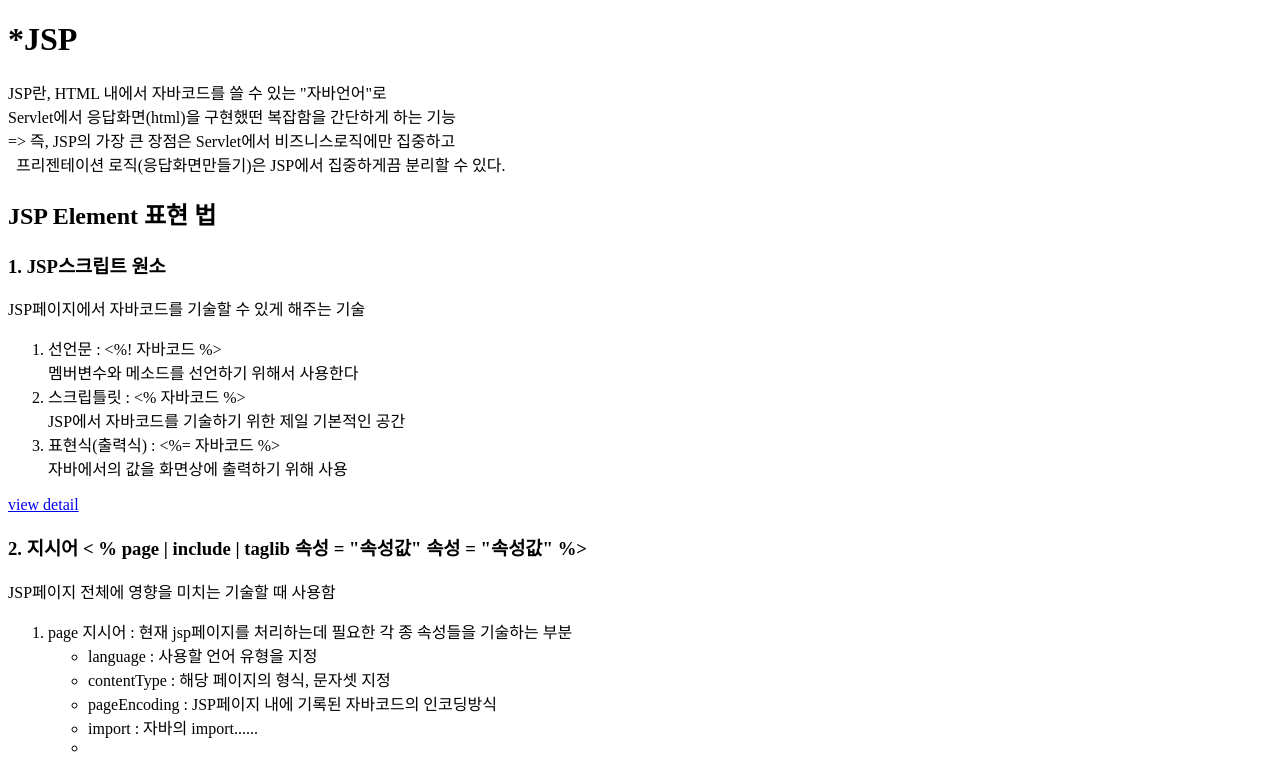
Repository: hyerangbi/Servlet
Page: 7_JSP/JSP/src/main/webapp/index.html
The author's editor kept a copy of each file at every save. The page is drawn from the files as they stood at one save, then again after the next save.
The browser window is 1280 px wide. The pictures show the whole page.

Above is the page before, as saved 2024-09-10 02:41:56.

After the next save:
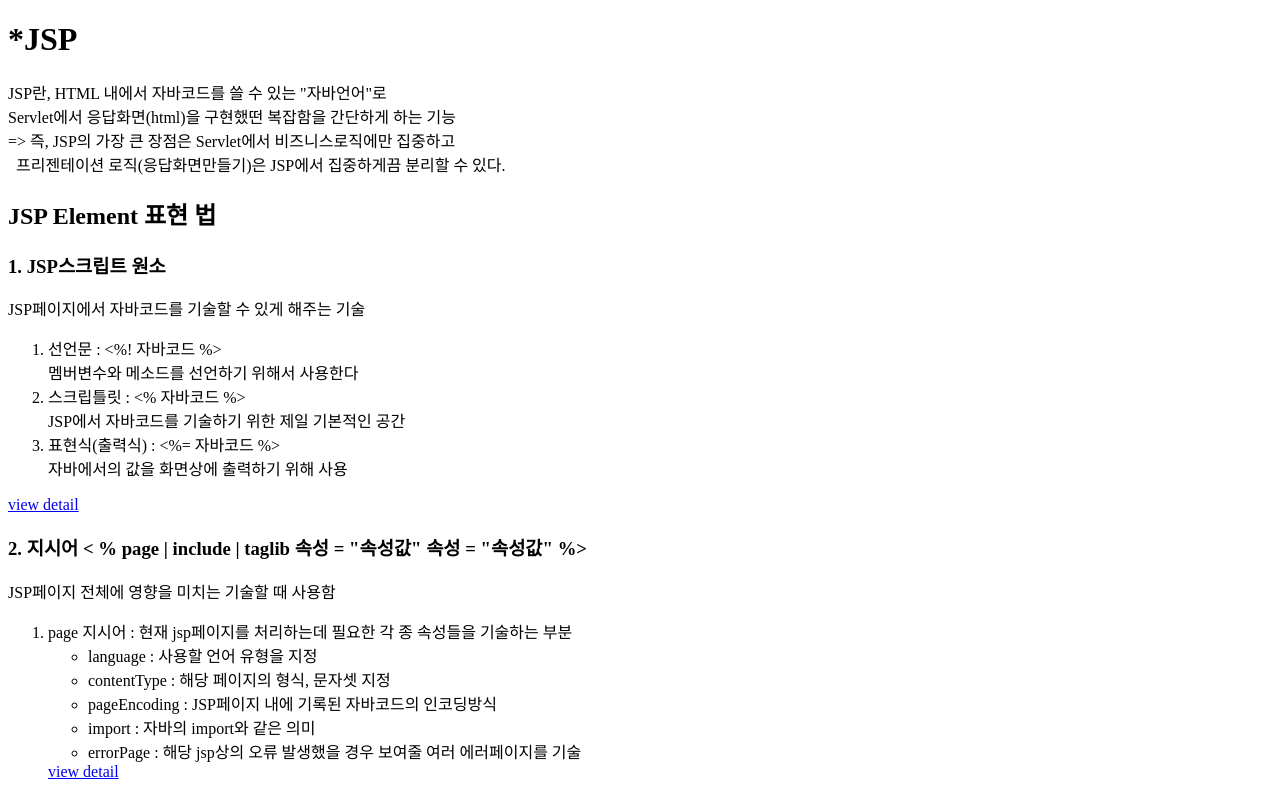
Saved 114 s later.
--- a/7_JSP/JSP/src/main/webapp/index.html
+++ b/7_JSP/JSP/src/main/webapp/index.html
@@ -49,9 +49,10 @@
     			<li>language : 사용할 언어 유형을 지정</li>
     			<li>contentType : 해당 페이지의 형식, 문자셋 지정</li>
     			<li>pageEncoding : JSP페이지 내에 기록된 자바코드의 인코딩방식</li>
-    			<li>import : 자바의 import......</li>
-    			<li></li>
+    			<li>import : 자바의 import와 같은 의미</li>
+    			<li>errorPage : 해당 jsp상의 오류 발생했을 경우 보여줄 여러 에러페이지를 기술</li>
     		</ul>
+    		<a href="view/02_directivePage.jsp">view detail</a>
     	</li>
     </ol>
 </body>
